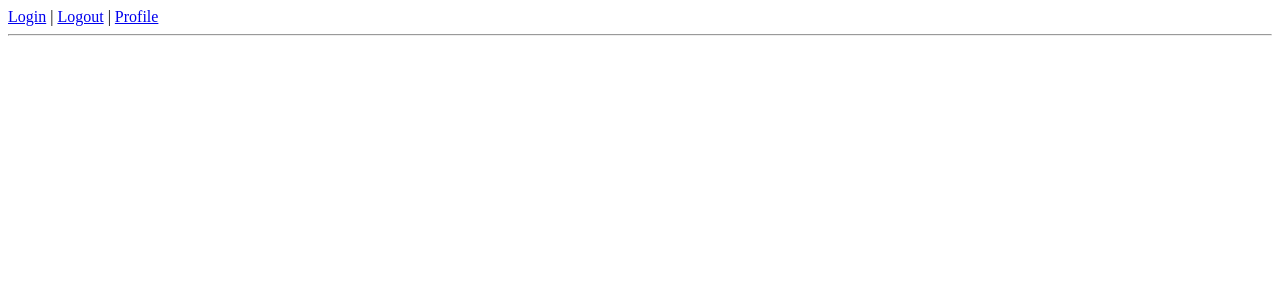
Repository: loky91/MYLABSONLY
Page: E_commerce/NETPRISE_TASK/src/main/webapp/link.html
An editor plug-in stored every save of this project. The page is shown before and after the next save, followed by the edit.
The browser window is 1280 px wide. The pictures show the whole page.

Above is the page before, as saved 2017-10-20 20:40:50.

### E_commerce/NETPRISE_TASK/src/main/webapp/link.html
<!DOCTYPE html>
<html>
<head>
<meta charset="ISO-8859-1">
<title>Insert title here</title>
</head>
<body>
<a href="login.jsp">Login</a> |
<a href="LogoutServlet.net">Logout</a> |
<a href="ProfileServlet">Profile</a>
<hr>
</body>
</html>

After the next save:
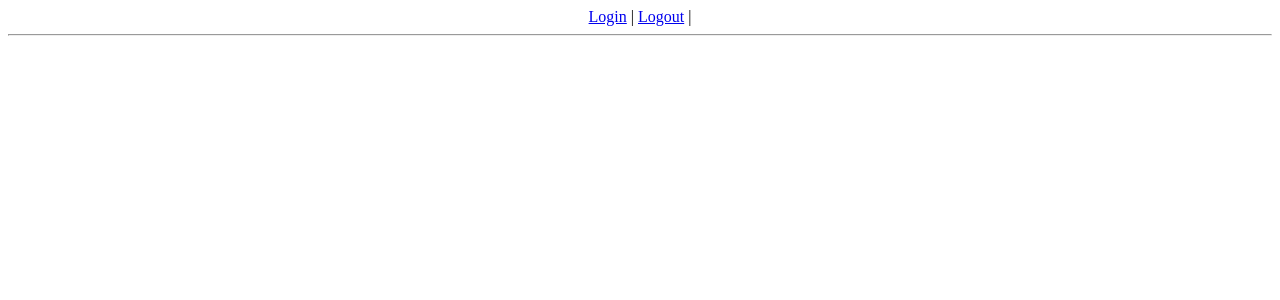
Saved 50 s later.
--- a/E_commerce/NETPRISE_TASK/src/main/webapp/link.html
+++ b/E_commerce/NETPRISE_TASK/src/main/webapp/link.html
@@ -5,9 +5,9 @@
 <title>Insert title here</title>
 </head>
 <body>
-<a href="login.jsp">Login</a> |
+<center> <a href="login.jsp">Login</a> |
 <a href="LogoutServlet.net">Logout</a> |
-<a href="ProfileServlet">Profile</a>
+  </center>
 <hr>
 </body>
 </html>
